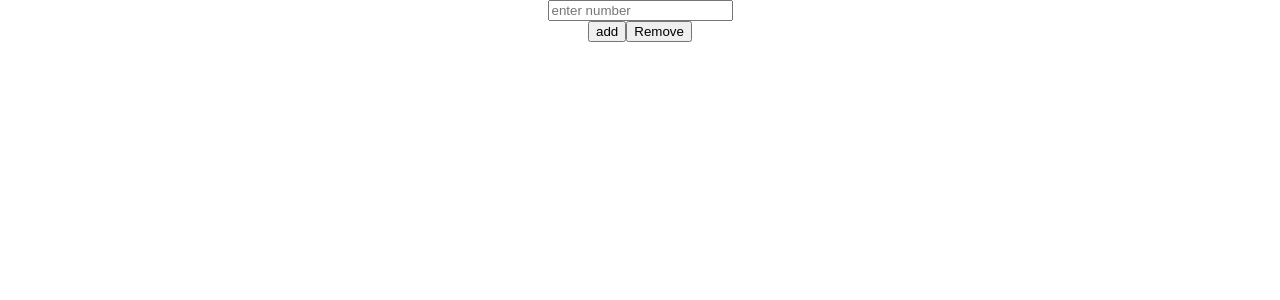
Repository: Anuruddha00/counter-app
Page: /
These files come from the project's save history. The page is drawn as it stood at one moment and after the next save; the edit follows.
The browser window is 1280 px wide. The pictures show the whole page.
The project was rebuilt for these pictures with package versions that can differ from the ones it lists, and the page was loaded fresh each time.

Above is the page before, as saved 2021-07-07 22:21:28.

After the next save:
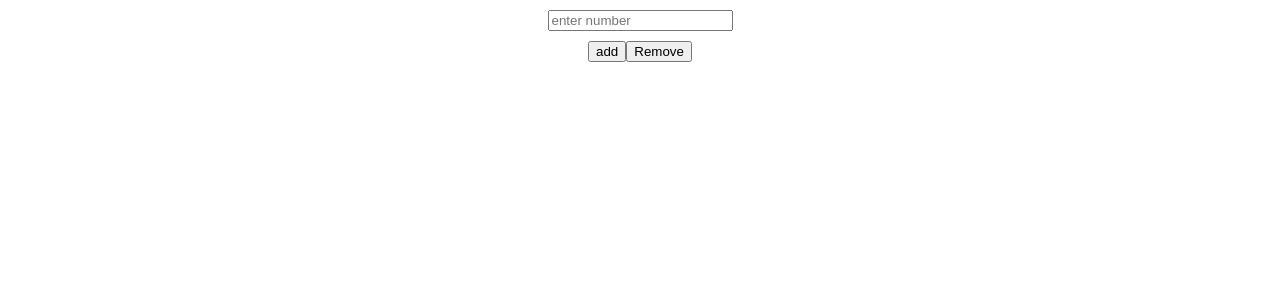
Saved 20 s later.
--- a/src/App.js
+++ b/src/App.js
@@ -14,7 +14,7 @@ function App() {
 
   return (
     <div>
-      <div style={{display:'flex' , justifyContent:'center'}}>
+      <div style={{display:'flex' , justifyContent:'center' , padding:'10px'}}>
         <Count count={inputHandler}/>
       </div>
       <div style={{display:'flex' , justifyContent:'center'}}>
